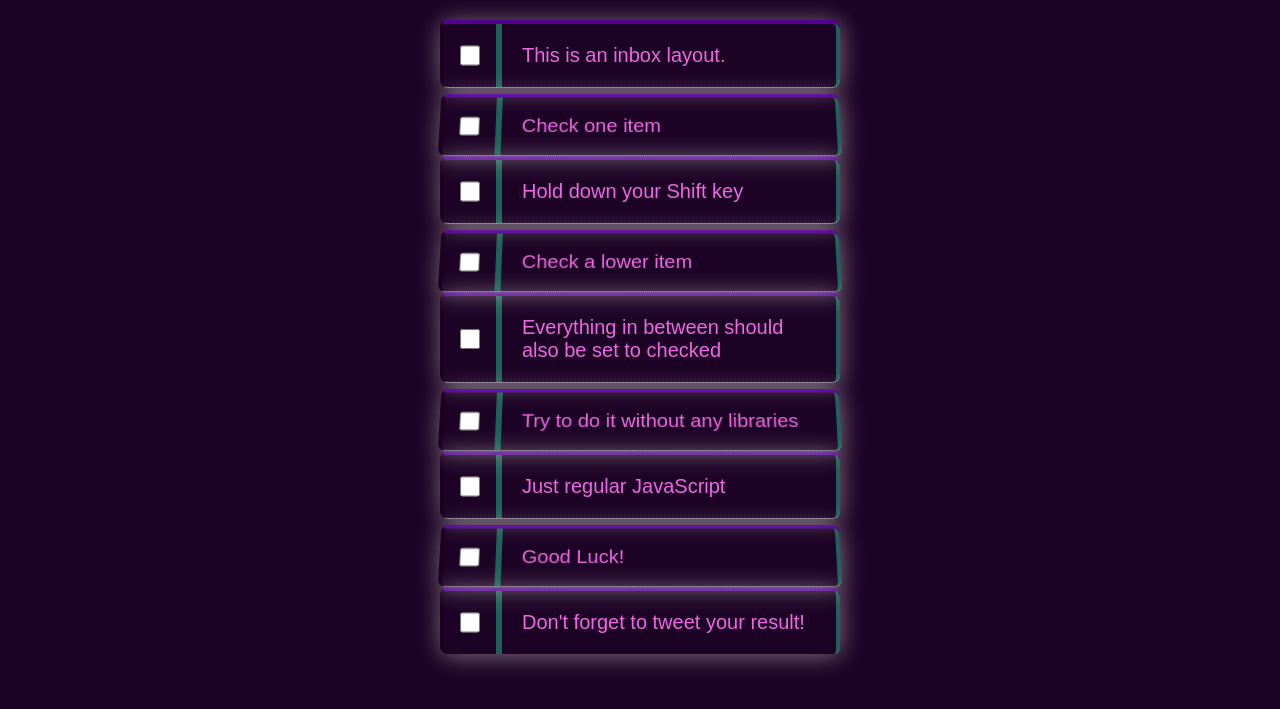
Repository: Freezler/Shift-Select-Checkboxes
Page: index.html
An editor plug-in stored every save of this project. The page is shown before and after the next save, followed by the edit.
The browser window is 1280 px wide. The pictures show the whole page.

Above is the page before, as saved 2024-09-07 23:13:56.

### index.html
<!DOCTYPE html>
<html lang="en">

<head>
  <meta charset="UTF-8">
  <title>Hold Shift to Check Multiple Checkboxes</title>
  <link rel="icon" href="https://fav.farm/🔥" />
</head>

<body>
  <style>
    :root {
      --background-color: rgb(28, 2, 37);
      --border-color: hsla(292, 94%, 6%, 0.8);

    }

    html {
      font-family: sans-serif;
      font-weight: 500;
      background: var(--background-color);
      user-select: none;
    }




    .inbox {
      max-width: 400px;
      margin: 20px auto;
      gap: 0px;
      border-radius: 5px;
      display: flex;
      flex-direction: column;
      background: var(--background-color);
    }

    .item {
      display: flex;
      transition: all 0.3s ease-in-out;
      border-inline-start: 4px solid var(--border-color);
      border-block-start: 4px solid rgba(136, 0, 255, 0.497);
      box-shadow: 1px 2px 24px rgba(244, 249, 232, 0.447);
      border-bottom: 1px dotted #F1F1F1;
      color: rgb(238, 104, 227);
      border-radius: 8px;
    }

    .item:last-child {
      border-bottom: 0;
    }



    input[type="checkbox"] {
      accent-color: #7c0529ef;
      margin: 16px;
      width: 20px;
    }

    input:checked+p {
      background: #a3045131;
      text-decoration: line-through;
      color: cornsilk;
      border-inline: 8px solid #5e057cef;
      transition: all 0.9s ease-in-out;
      border-radius: 99px;
      margin-inline: 48px;


    }



    .inbox .item:nth-child(even) {
      transform: perspective(1500px) rotateX(24deg) translateY(3px) scale(1.001);

    }

    .inbox .item:nth-child(odd) {
      transform: perspective(1500px) rotateX(-24deg) translateY (3px) scale(1.001);

    }

    .item:nth-child(odd):hover {
      transform: perspective(400px) rotateX(24deg) translateY(3px);

    }

    .item:nth-child(even):hover {
      transform: perspective(400px) rotateX(24deg) translateY(3px);

    }

    .item:nth-child(even) {
      transform: perspective(1500px) rotateX(-24deg) translateY(3px);

    }

    p {
      margin: 0;
      padding: 20px;
      transition: background 0.3s;
      flex: 1;

      font-size: 20px;
      font-weight: 200;
      border-inline: 6px solid #23cc9178;
      border-inline-end: 4px solid #23cc9178;
      border-start-end-radius: 6px;
      border-end-end-radius: 6px;
    }
  </style>
  <!--  The following is a common layout you would see in an email client.
        When a user clicks a checkbox, holds Shift, and then clicks another checkbox a few rows down, all the checkboxes in between those two checkboxes should be checked.

  -->
  <div class="inbox">
    <div class="item">
      <input type="checkbox">
      <p>This is an inbox layout.</p>
    </div>
    <div class="item">
      <input type="checkbox">
      <p>Check one item</p>
    </div>
    <div class="item">
      <input type="checkbox">
      <p>Hold down your Shift key</p>
    </div>
    <div class="item">
      <input type="checkbox">
      <p>Check a lower item</p>
    </div>
    <div class="item">
      <input type="checkbox">
      <p>Everything in between should also be set to checked</p>
    </div>
    <div class="item">
      <input type="checkbox">
      <p>Try to do it without any libraries</p>
    </div>
    <div class="item">
      <input type="checkbox">
      <p>Just regular JavaScript</p>
    </div>
    <div class="item">
      <input type="checkbox">
      <p>Good Luck!</p>
    </div>
    <div class="item">
      <input type="checkbox">
      <p>Don't forget to tweet your result!</p>
    </div>
  </div>

  <script>
    const checkboxes = document.querySelectorAll('.inbox input[type="checkbox"]');

    checkboxes.forEach(checkbox => checkbox.addEventListener('click', handleCheck))

    let lastChecked;

    function handleCheck(e) {
      // check for shift-press && checked
      let inBetween = false;
      // loop over every single checkbox
      if (e.shiftKey && this.checked) {
        checkboxes.forEach(checkbox => {
          if (checkbox === this || checkbox === lastChecked) {
            inBetween = !inBetween
          }
          if (inBetween) {
            checkbox.checked = true
          }
        })
      }

      if (e.shiftKey && this.checked) {
        console.log("haha it's clicked with shift down AND checked!")
      }
      if (e.shiftKey && !this.checked) {
        console.log("haha it's clicked with shift down but not checked!")
      }
      lastChecked = this;
    }

  </script>
</body>

</html>

After the next save:
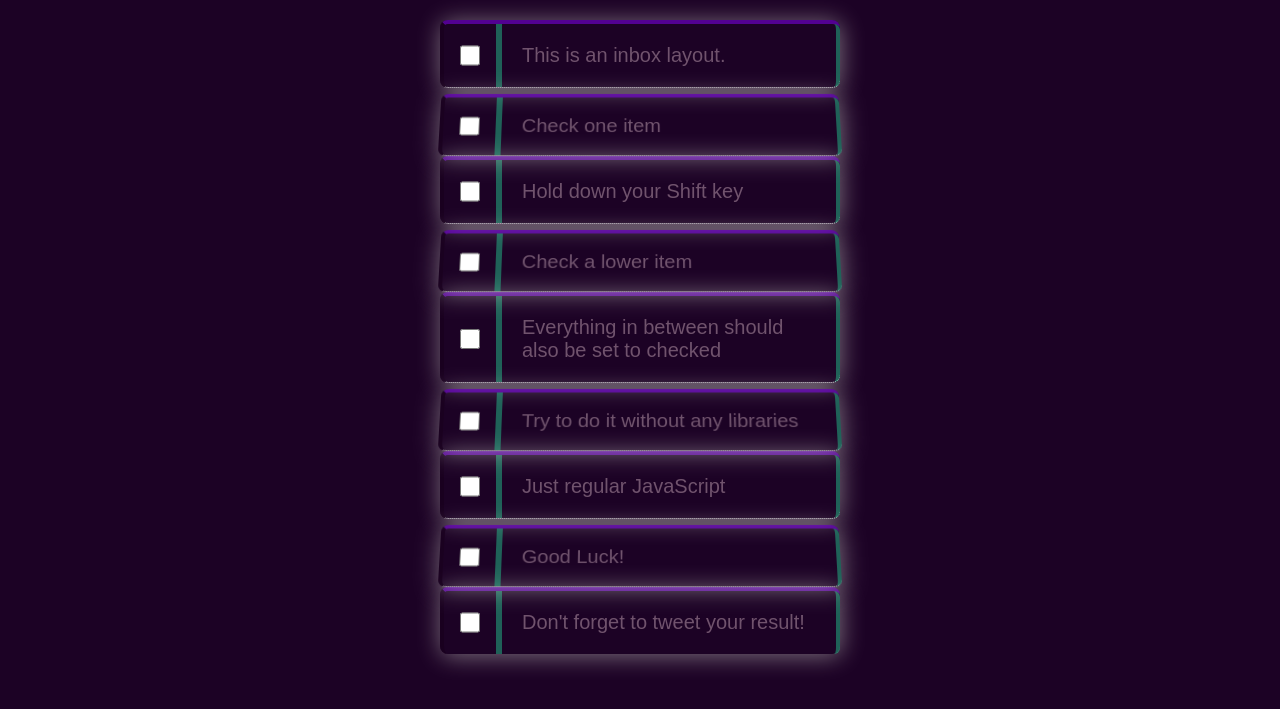
Saved 14 s later.
--- a/index.html
+++ b/index.html
@@ -42,7 +42,7 @@
       border-block-start: 4px solid rgba(136, 0, 255, 0.497);
       box-shadow: 1px 2px 24px rgba(244, 249, 232, 0.447);
       border-bottom: 1px dotted #F1F1F1;
-      color: rgb(238, 104, 227);
+      color: rgb(112, 83, 109);
       border-radius: 8px;
     }
 
